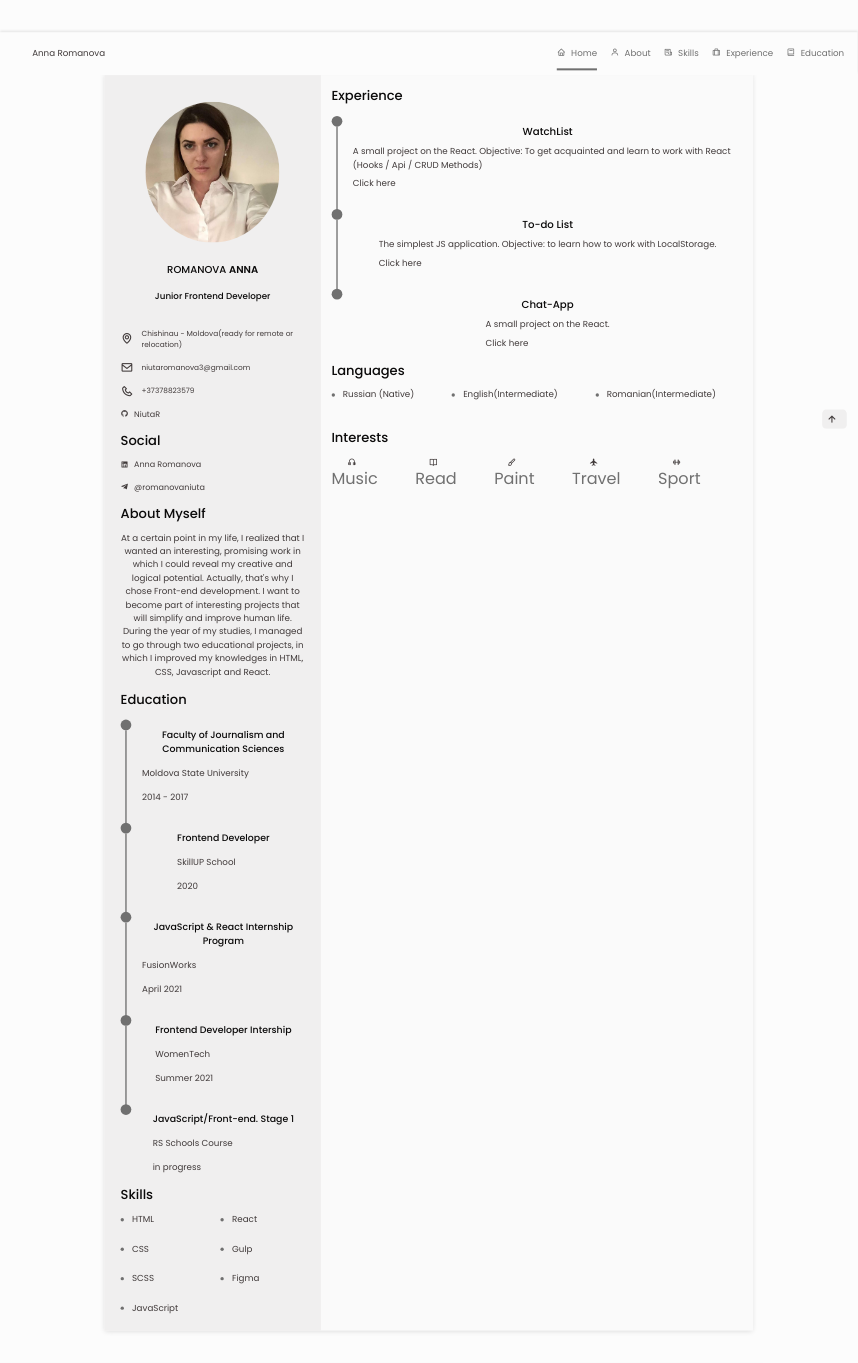
Repository: NiutaR/rsschool-cv
Page: index.html
These files come from the project's save history. The page is drawn as it stood at one moment and after the next save; the edit follows.
The browser window is 1280 px wide. The pictures show the whole page, at 67% of full size.

Above is the page before, as saved 2021-09-19 19:34:43.

After the next save:
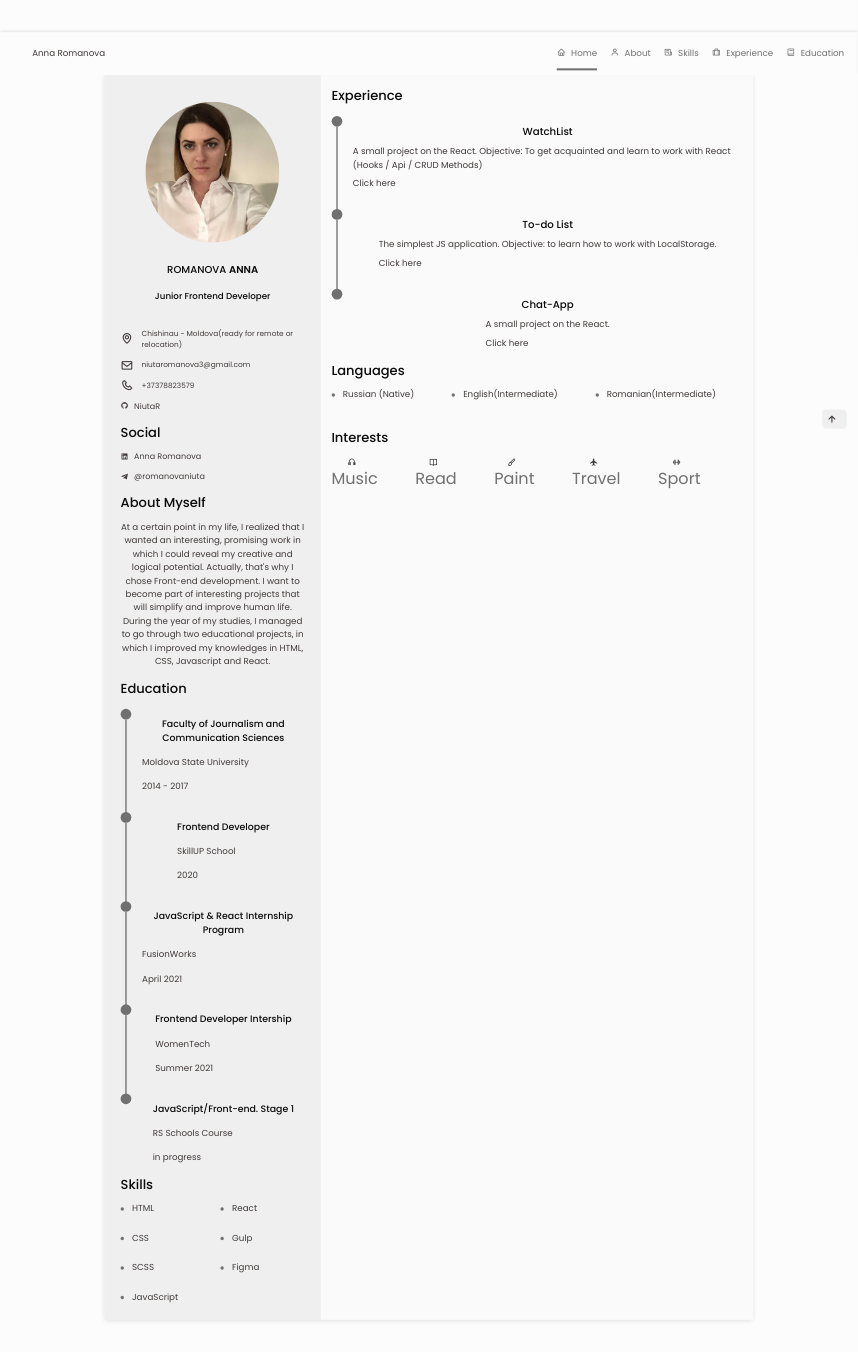
Saved 5 s later.
--- a/src/style.css
+++ b/src/style.css
@@ -79,7 +79,7 @@ body.scale-cv {
 }
 .scale-cv .home__address,
 .scale-cv .social__container {
-    gap: ;
+    gap: .75rem;
 }
 
 body {
